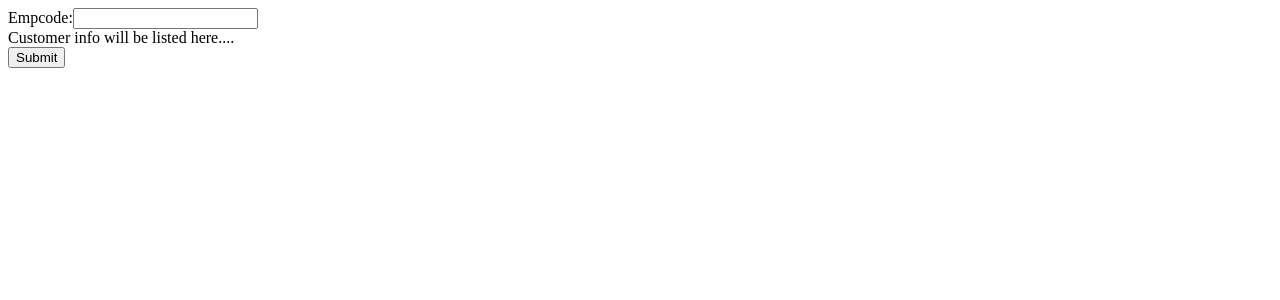
Repository: SravyaChunduri/workspace
Page: http://localhost/AJAXDemo/AddCust.jsp
An editor plug-in stored every save of this project. The page is shown before and after the next save, followed by the edit.
The browser window is 1280 px wide. The pictures show the whole page.
The page is served by Tomcat 9.

Above is the page before, as saved 2015-08-17 07:46:50.
Console error: SyntaxError: Unexpected identifier 'code'

### AJAXDemo/WebContent/AddCust.jsp
<%@ page language="java" contentType="text/html; charset=ISO-8859-1"
    pageEncoding="ISO-8859-1"%>
<!DOCTYPE html PUBLIC "-//W3C//DTD HTML 4.01 Transitional//EN" "http://www.w3.org/TR/html4/loose.dtd">
<html>
<head>
<meta http-equiv="Content-Type" content="text/html; charset=ISO-8859-1">
<title>Insert title here</title>


<script type="text/javascript">
function addEmp()
{
var xmlhttp;
int code=document.getElementById("code").innerHTML;

if(window.XMLHttpRequest)//Non -IE
{
xmlhttp=new XMLHttpRequest();
}
else
{
xmlhttp=new ActiveXObject("Microsoft.XMLHTTP");//For IE
}
xmlhttp.onreadystatechange=function()
{
if(xmlhttp.readyState==4 && xmlhttp.status==200)
{
document.getElementById("txtHint").innerHTML=xmlhttp.responseText;
}
}
xmlhttp.open("GET","addCustomer.jsp?nm="+str,true);
xmlhttp.send();
}


</script>



</head>
<body>

<form action="day15/AddEmployee">
Empcode:<input type="text" name="code">

<div id="txtHint">Customer info will be listed here....</div>
<input type="submit" name="add" onClick="addEmp()">

</form>


</body>
</html>

After the next save:
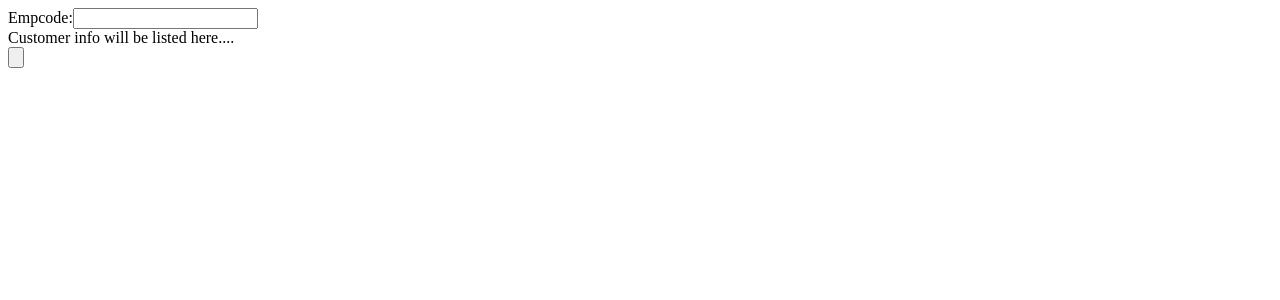
Saved 101 s later.
--- a/AJAXDemo/WebContent/AddCust.jsp
+++ b/AJAXDemo/WebContent/AddCust.jsp
@@ -44,7 +44,7 @@ xmlhttp.send();
 Empcode:<input type="text" name="code">
 
 <div id="txtHint">Customer info will be listed here....</div>
-<input type="submit" name="add" onClick="addEmp()">
+<input type="button" name="add" onClick="addEmp()">
 
 </form>
 
